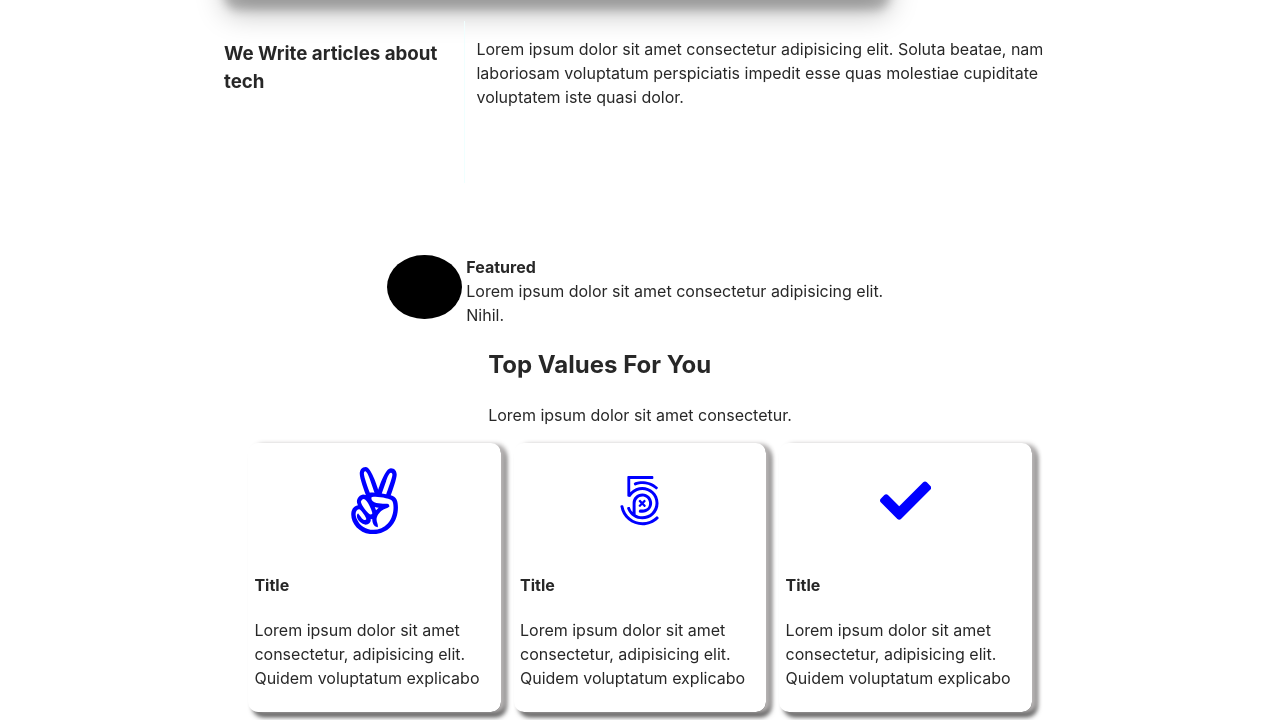
Repository: ValGrace/-static-site
Page: / (app in client/)
The author's editor kept a copy of each file at every save. The page is drawn from the files as they stood at one save, then again after the next save.
The browser window is 1280 px wide. The pictures show the part of the page from y = 664 to 1384 px (the page is 1384 px tall).
The page's requests for data from a server got no answer. The project was rebuilt for these pictures with package versions that can differ from the ones it lists, and the page was loaded fresh each time. No one was signed in, and anything a server would have sent is missing. Also part of the build but not shown: client/vite.config.js, client/src/Utils/appwrite.js, client/src/Components/Login.jsx, client/src/Components/Signup.jsx, client/src/Components/InfoPage.css, client/src/Pages/aboutPage.jsx, client/src/Pages/Articles.jsx.

Above is the page before, as saved 2023-06-21 16:07:43.

### client/index.html
<!DOCTYPE html>
<html lang="en">
  <head>
    <meta charset="UTF-8" />
    <link rel="icon" type="image/svg+xml" href="/vite.svg" />
    <meta name="viewport" content="width=device-width, initial-scale=1.0" />
    <title>Static Site Generator</title>

  </head>
  <body>
    <div id="root"></div>
    <script type="module" src="/src/main.jsx"></script>
  </body>
</html>

### client/src/main.jsx
import React from 'react'
import ReactDOM from 'react-dom/client'
import App from './App'
import './index.css'
import { BrowserRouter } from 'react-router-dom'
ReactDOM.createRoot(document.getElementById('root')).render(
  <React.StrictMode>
    <BrowserRouter>
    <App />
    </BrowserRouter>
  </React.StrictMode>,
)

### client/src/App.jsx
import PageRouter from './Routing/PageRouter'
import './App.css'

function App() {


  return (
    <div className="App">
      <PageRouter />
    </div>
  )
}

export default App

### client/src/index.css
:root {
  font-family: Inter, system-ui, Avenir, Helvetica, Arial, sans-serif;
  line-height: 1.5;
  font-weight: 400;

  color-scheme: light dark;
  color: rgba(7, 7, 7, 0.87);
  background-color: #ffffff;

  font-synthesis: none;
  text-rendering: optimizeLegibility;
  -webkit-font-smoothing: antialiased;
  -moz-osx-font-smoothing: grayscale;
  -webkit-text-size-adjust: 100%;
}

/* a {
  font-weight: 500;
  color: #646cff;
  text-decoration: inherit;
}
a:hover {
  color: #535bf2;
}

body {
  margin: 0;
  display: flex;
  place-items: center;
  min-width: 320px;
  min-height: 100vh;
}

h1 {
  font-size: 3.2em;
  line-height: 1.1;
}

button {
  border-radius: 8px;
  border: 1px solid transparent;
  padding: 0.6em 1.2em;
  font-size: 1em;
  font-weight: 500;
  font-family: inherit;
  background-color: #1a1a1a;
  cursor: pointer;
  transition: border-color 0.25s;
}
button:hover {
  border-color: #646cff;
}
button:focus,
button:focus-visible {
  outline: 4px auto -webkit-focus-ring-color;
}

@media (prefers-color-scheme: light) {
  :root {
    color: #213547;
    background-color: #ffffff;
  }
  a:hover {
    color: #747bff;
  }
  button {
    background-color: #f9f9f9;
  }
} */

### client/src/Routing/PageRouter.jsx
import Dashboard from "../Pages/Dashboard";
import HomePage from "../Pages/HomePage";
import { Routes, Route} from "react-router-dom"
import AboutPage from "../Pages/aboutPage";
import Articles from "../Pages/Articles";
const PageRouter = () => {
    return (
        <Routes>
            <Route exact path="/" element={ <HomePage />}/>
            <Route path="/login" element={ <Dashboard />}/>
            <Route path="/about" element={<AboutPage />} />
            <Route path="/articles" element={<Articles />} />

        </Routes>
    )
}

export default PageRouter

### client/src/App.css
.App {
  display: flex;
  flex-direction: column;
  justify-content: center;
  align-items: center;
}

### client/src/Pages/Dashboard.jsx
import React, { useReducer} from 'react'
import Login from '../Components/Login'
import Signup from '../Components/Signup'
import "../Components/Inputs.css"
import { Link } from 'react-router-dom'
const initialState = {page : <Login />}
function reducer(state, action) {
    switch(action.type) {
        case 'loginpage':
          return { page: <Login />}
        case 'signuppage':
            return { page: <Signup />}
        default:
            return { page: <h2>Loading....</h2>}
    }
}
const Dashboard = () => {
    const [state, dispatch] = useReducer(reducer, initialState)
    return (
        <div className='dashboard'>
         <h2>Static Site Generator</h2>
         <div>Static site Image</div>
      <div className='dash' id='dash'>
            <div className='toggleForms'>
                <button onClick={() => dispatch({type: 'loginpage'})} className="type-btn">Login</button>
                <button onClick={() => dispatch({type: 'signuppage'})} className="type-btn">Signup</button>
                </div>
            <React.Fragment>{state.page}</React.Fragment>

            <button id="auth-btns">Login with Github account</button>
            <button id="auth-btns">Login with Google account</button>
         </div>
         <Link to="/home">Home</Link>
       </div>
    )
}

export default Dashboard

### client/src/Pages/HomePage.jsx
import { useState, useEffect } from "react"
import Navbar from "../Components/Navbar"

import HomeSection from "../Components/HomeSection"
import TopSection from "../Components/TopSection"
import { HomeContext } from "../MdFiles/MdFileContext"

const HomePage = () => {
    const [markdown, setMarkdown] = useState(HomeContext)
    // useEffect(() => {
    //     fetch(HomeContext)
    //        .then((res) => res.text())
    //        .then((text) => setMarkdown(text))
    // })
    const [editor, setEditor] = useState(false)
    const editMdFile =(event) => {
        setMarkdown(event.target.value)

    }

    const viewEditor = () => {
       setEditor(true)
    }

    // const submitForm = () => {
    //     fetch("http://localhost:8080/save", {
    //         method: "POST",
    //         headers: {
    //             "Content-Type": "application/json",
    //         },
    //         body: markdown
    //     })
    // }
    return (
        <>
         <Navbar />
         <TopSection />
         <HomeSection />
         <button onClick={viewEditor} className="btn-edit">Edit</button>
         {editor &&
         <form className="md-edit" method="post" action="/articles/" >
            <textarea value={markdown} onChange={editMdFile} name="md"/>
            {/* <ReactMarkdown>`${markdown}`</ReactMarkdown>  */}
            <div className="md-btns">
                <button id="md-btn" onClick={() => setEditor(false)}>Cancel</button>
                <input type="submit" id="md-btn" value="save" />
            </div>
         </form>
}
        </>
    )
}

export default HomePage

### client/src/Components/Inputs.css
form, #dash {
    width: 80vw;
}
.signupForm, .dash, .dashboard {
   display: flex;
   flex-direction: column;
   justify-content: center;
   align-items: center;
   gap: 0.8em;
}

input, button {
    width: 80%;
    height: 3em;
    background-color: transparent;
    color: black;
}

#sign {
   width: 40vw;
}

.toggleForms {
    display: grid;
    grid-template-columns: 50% 50%;
    gap: 0.4em;
    justify-content: center;
    align-items: center;
}

#inptitle, .article-icons{
   width: 80vw;
   border: 0.5px solid rgb(199, 199, 199);
   border-radius: 0.7%;

}

textarea {
   height: 70vh;
   font-family: Georgia, 'Times New Roman', Times, serif;
}

.article-icons {
    width: 79.9vw;
    height: 3em;
    display: flex;
    flex-direction: row;
    gap: 0.5em;
}

.article-area {
   margin-top: 0.8em;
   display: flex;
   flex-direction: column;

}

.type-btn {
    background-color: rgb(2, 2, 133);
    border: none;
    width: 20vw;
    border-radius: 8px;
    text-transform: uppercase;
    color: aliceblue;
    font-weight: 700;
}

.type-btn:hover {
   background-color: rgb(1, 1, 22);
}

#auth-btns {
    text-transform: uppercase;
    font-weight: 700;
}

### client/src/Components/Navbar.jsx
import { useState } from "react"
import {HiBars3BottomLeft} from 'react-icons/hi2'
import { FaTimes} from 'react-icons/fa'
import { Link} from 'react-router-dom'
import "./Navbar.css"
const Navbar = () => {
    const [clickbar, setClickbar] = useState(false)
    return (
           <>


        <nav id="bar" onClick={()=>setClickbar
        (!clickbar)}>{clickbar ? <>
           <FaTimes size="2em"/>

            <ul>
               <Link to="/home"><li>home</li></Link>
                <Link to="/about"><li>about</li></Link>
                <Link to="/articles"><li>articles</li></Link>
                <Link to="/"><li>Login</li></Link>
            </ul>

        </>: <HiBars3BottomLeft size="2em"/>}
        </nav>

        <nav id="pages">
        <ul>
                <Link to="/home"><li>home</li></Link>
                <Link to="/about"><li>about</li></Link>
                <Link to="/articles"><li>articles</li></Link>
            </ul>
            <ul>
                <li>Login</li>
            </ul>

</nav>
        </>
    )
}

export default Navbar

### client/src/Components/HomeSection.jsx
// import { GrAction, GrFormView, GrFormCheckmark} from 'react-icons/gr'
import { FaAngellist, Fa500Px, FaCheck } from 'react-icons/fa'
const HomeSection = () => {
   return (
    <>
    <div>
    <h2>Top Values For You</h2>
    <p>Lorem ipsum dolor sit amet consectetur.</p>
    </div>
    <div className="value-section">
        <div className="single-value">

            <div id="icon-section">
                <FaAngellist size="4.2em" color="blue" fontWeight="200"/>
            </div>

            <h4>Title</h4>
            <p>Lorem ipsum dolor sit amet consectetur, adipisicing elit. Quidem voluptatum explicabo</p>
        </div>
        <div className="single-value">
            <div id="icon-section">
                <Fa500Px size="3.2em" color="blue" />
            </div>
            <h4>Title</h4>
            <p>Lorem ipsum dolor sit amet consectetur, adipisicing elit. Quidem voluptatum explicabo</p>
        </div>
        <div className="single-value">
            <div id="icon-section">
                <FaCheck size="3.2em" color="blue"/>
            </div>
            <h4>Title</h4>
            <p>Lorem ipsum dolor sit amet consectetur, adipisicing elit. Quidem voluptatum explicabo</p>
        </div>
    </div>
    </>
   )
}

export default HomeSection

### client/src/Components/TopSection.jsx
import { useState, useEffect } from "react"
import axios from "axios"
import ReactHtmlParser from 'react-html-parser'
const TopSection = () => {

  const [content, setContent] = useState('')

  useEffect(() => {
    async function fetchData() {
      const response = await axios.get('/save')
      setContent(response.data)
    }
    fetchData()
  }, [])
    return (
      <>
      {ReactHtmlParser(content)}
      <div className="top-text" id="top-text">
      <h2 id="htitle">Modify this blog title

         </h2>
      <p>Lorem ipsum dolor sit amet, consectetur adipisicing elit. Impedit illo aspernatur dicta qui, repellat, placeat non consectetur pariatur repellendus reprehenderit voluptatum, molestias cumque facere quisquam.</p>
      </div>
      <div className="head-section">
        <div className="head-img">
            <img src="https://images.pexels.com/photos/577585/pexels-photo-577585.jpeg?auto=compress&cs=tinysrgb&w=1260&h=750&dpr=1" alt="sec-photo" />
        </div>

      </div>
      <div className="site-descr">
        <h3>We Write articles about tech</h3>
        <div className="site-sep"></div>
        <p>Lorem ipsum dolor sit amet consectetur adipisicing elit. Soluta beatae, nam laboriosam voluptatum perspiciatis impedit esse quas molestiae cupiditate voluptatem iste quasi dolor.</p>
      </div>

      <div className="side-section">
            <div className="side-img">
                <img src="" alt=""/>
            </div>
            <div className="side-blogs">
                <h4>Featured</h4>
                <p>Lorem ipsum dolor sit amet consectetur adipisicing elit. Nihil.</p>
            </div>
        </div>
      </>
    )
}

export default TopSection

### client/src/MdFiles/MdFileContext.js


export const HomeContext = `
---
title: Modify this Blog Title

featured_image: https://images.pexels.com/photos/577585/pexels-photo-577585.jpeg?auto=compress&cs=tinysrgb&w=1260&h=750&dpr=1
description: Lorem ipsum dolor sit amet consectetur adipisicing elit. Soluta beatae, nam laboriosam voluptatum perspiciatis impedit esse quas molestiae cupiditate voluptatem iste quasi dolor.
---
Lorem ipsum dolor sit amet, consectetur adipisicing elit. Impedit illo aspernatur dicta qui, repellat, placeat non consectetur pariatur repellendus reprehenderit voluptatum, molestias cumque facere quisquam.

`

### client/src/Components/Navbar.css
nav {
    width: 70vw;
    height: 20vh;
    display: flex;
}

nav > ul{
  display: flex;
  flex-direction: row;
  text-transform: uppercase;
  list-style-type: none;
  justify-content: center;
  align-items: center;
  gap: 4em;
  font-weight: 600;
  font-size: 1.5rem;
  flex-grow: 1;
}

#top-text {
    width: 65vw;
}

#top-text > h2 {
    font-size: 4.5rem;
    text-transform: capitalize;
    margin: 0;
    /* float: left; */
}

#top-text > p {
    float: right;

}

.head-section {
    display: flex;
    width: 65vw;
    gap: 0.5em;
    flex-wrap: wrap;
}

.head-img {
    background-color: rgb(14, 13, 29);
    width: 80%;
    border-radius: 0.9em;
    height: 45vh;
    box-shadow: rgba(0, 0, 0, 0.25) 0px 14px 28px, rgba(0, 0, 0, 0.22) 0px 10px 10px;
}

.head-img > img {
    width: 100%;
    height: 100%;
    border-radius: 0.9em;
}

.side-section {
    display: flex;
    flex-direction: row;
    gap: 0.3rem;
    width: 40%;
}

.side-img {
    background-color: black;
    width: 5rem;
    height: 4rem;
    border-radius: 50%;
}

.side-blogs > h4, .side-blogs > p {
    margin: 0;
}

.btn-edit {
    position: fixed;
    right: 5%;
    bottom: 20%;
    width: auto;
    padding: 8px;
    background-color: rgb(2, 2, 39);
    color: aliceblue;
    text-transform: uppercase;
    font-weight: 600;
    border: none;
    border-radius: 8px;
}
.site-descr {
    width:65vw;

    border-radius: 9px;
    margin-top: 0.9rem;
    display: flex;
    /* gap: 0.4rem; */
    padding: 0.4rem;
    height: 25vh;
    margin-bottom: 3em;
}

#pages > ul {

    flex-direction: column;
}

.site-descr > p {
    width: 75%;
}
.site-sep {
    width: 0.1rem;
    height: 90%;
    background-color: azure;
    margin-right: 0.7rem;
}


.value-section {
   width: 80vw;
    display: flex;
    gap: 0.8rem;
    flex-wrap: wrap;
    justify-content: center;
    align-items: center;
}

.single-value {
    box-shadow:
		5px 1px 5px rgb(184, 181, 181),
        5px 5px 5px rgba(0, 0, 0, 0.733);
    border-radius: 10px;
    padding: 0.4em;
    width: 15em;
    height: 16em;
}

#icon-section {
    width: 100%;
    height: 40%;
    display:flex;
    justify-content: center;
    align-items: center;
}



@media screen and (min-width: 1200px) {
    #bar {
      display: none;
    }
    #pages > ul{
        flex-direction: row;
    }

  }

@media screen and (max-width: 1200px) {
    #pages {
      display: none;
    }
   #bar {
        flex-direction: column;

    }
    #bar > ul {
        flex-direction: column;
        gap: 2em;
        background-color: rgba(255, 255, 255, 0.979);
        color: rgb(2, 6, 56);
        width: 90vw;
        height: 70vh;
        position: absolute;
        top: 0;
        right: 0;
    }
}

After the next save:
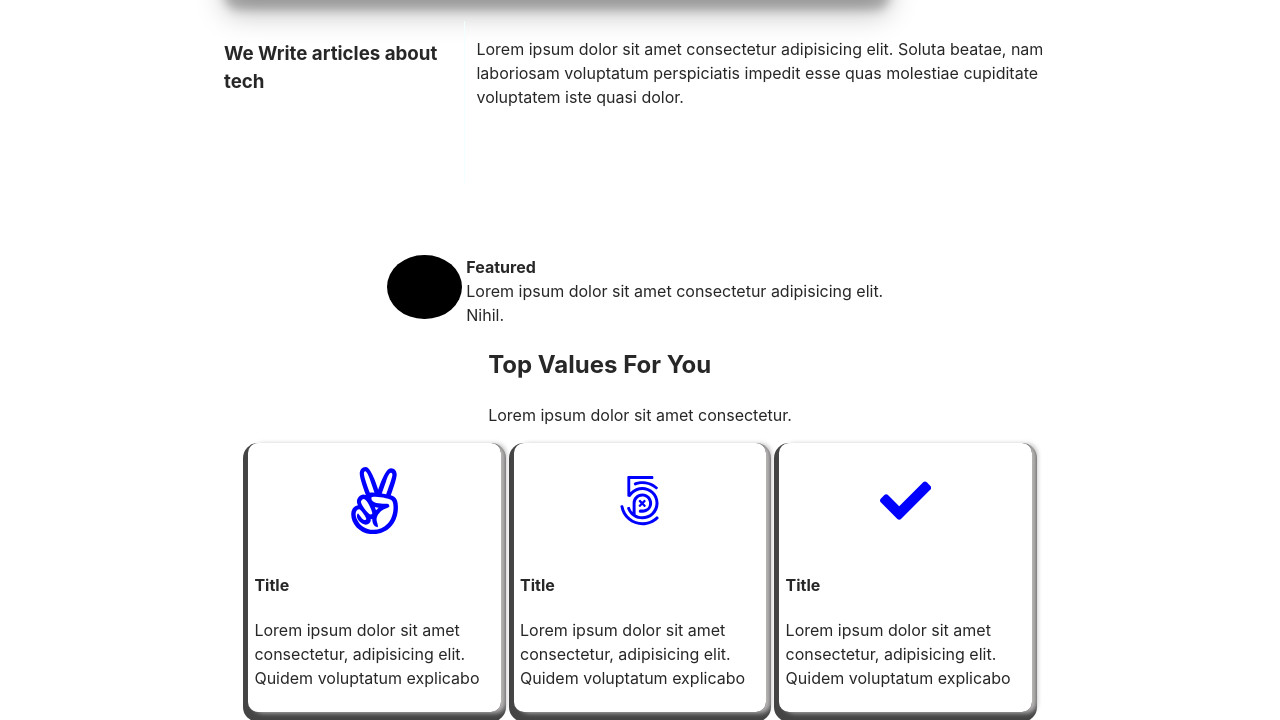
Saved 19 s later.
--- a/client/src/Components/Navbar.css
+++ b/client/src/Components/Navbar.css
@@ -125,7 +125,7 @@ nav > ul{
 .single-value {
     box-shadow:
 		5px 1px 5px rgb(184, 181, 181),
-        5px 5px 5px rgba(0, 0, 0, 0.733);
+        0 5px 0 5px rgba(0, 0, 0, 0.733);
     border-radius: 10px;
     padding: 0.4em;
     width: 15em;
